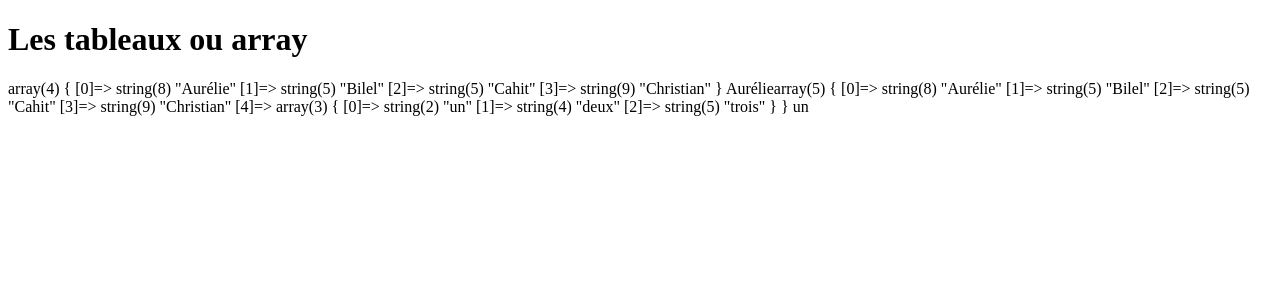
Repository: QuentinFayt/base-php-2021
Page: http://localhost/les_arrays.php
An editor plug-in stored every save of this project. The page is shown before and after the next save, followed by the edit.
The browser window is 1280 px wide. The pictures show the whole page.
The page is run by PHP 8.4 with error messages shown; the project is at /var/www/html/.

Above is the page before, as saved 2021-07-07 11:39:46.

After the next save:
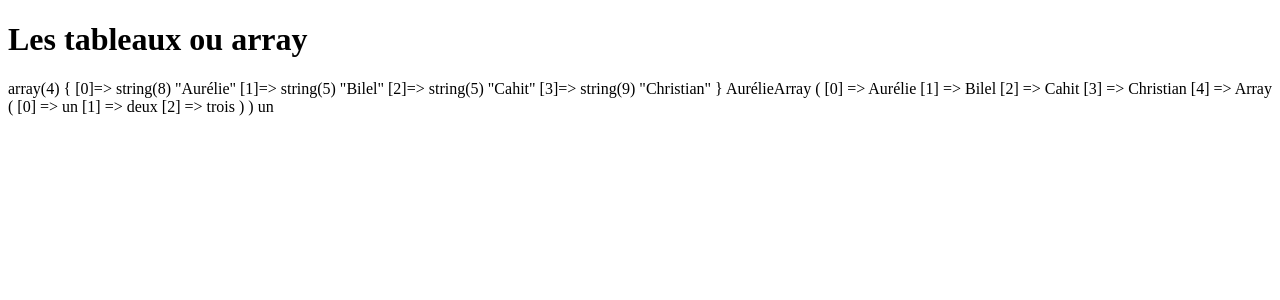
Saved 23 s later.
--- a/les_arrays.php
+++ b/les_arrays.php
@@ -32,9 +32,9 @@
                 ]
         ];
 
-        var_dump($eleves2);
+        print_r($eleves2);
 
-        print_r ($eleves2[4][0]);
+        echo $eleves2[4][0];
 
     ?>
 </body>
